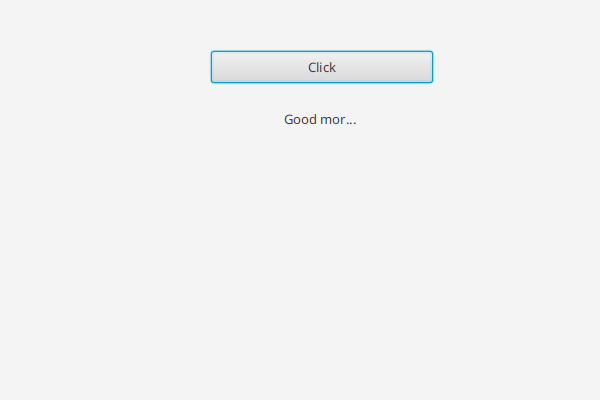
Repository: JavaJin96/kr.or.ddit.Python
Program's window: java workspace_python/HELLO_FX/src/application/Main.java
These files come from the project's save history. The program's window is drawn as it stood at one moment and after the next save; the edit follows.
It runs on Java 21 on a 1366 x 768 screen with JavaFX 11; the title bar is not drawn.

Above is the program's window before, as saved 2022-02-23 06:10:00.

### workspace_python/HELLO_FX/src/application/Main.java
package application;

import javafx.application.Application;
import javafx.event.Event;
import javafx.event.EventHandler;
import javafx.fxml.FXMLLoader;
import javafx.stage.Stage;
import javafx.scene.Parent;
import javafx.scene.Scene;
import javafx.scene.control.Button;
import javafx.scene.control.Label;


public class Main extends Application {
	@Override
	public void start(Stage primaryStage) {
		try {
//			BorderPane root = new BorderPane();
//			Scene scene = new Scene(root,400,400);
//			scene.getStylesheets().add(getClass().getResource("application.css").toExternalForm());
//			primaryStage.setScene(scene);
//			primaryStage.show();

            Parent root = FXMLLoader.load(getClass().getResource("Hello.fxml"));
            Scene scene = new Scene(root,600,400);
            scene.getStylesheets().add(getClass().getResource("application.css").toExternalForm());
            primaryStage.setTitle("AppMain");
            primaryStage.setScene(scene);
            primaryStage.show();


            Label lbl = (Label) scene.lookup("#lbl");
            System.out.println(lbl.getText());
            Button btn = (Button) scene.lookup("#btn");

            btn.setOnMouseClicked(new EventHandler<Event>() {
            	@Override
				public void handle(Event event) {
					lbl.setText("good evening");
				}

			});





		} catch(Exception e) {
			e.printStackTrace();
		}
	}

	public static void main(String[] args) {
		launch(args);
	}
}

### workspace_python/HELLO_FX/src/application/Hello.fxml
<?xml version="1.0" encoding="UTF-8"?>

<?import javafx.scene.control.Button?>
<?import javafx.scene.control.ButtonBar?>
<?import javafx.scene.control.Label?>
<?import javafx.scene.layout.Pane?>

<ButtonBar maxHeight="-Infinity" maxWidth="-Infinity" minHeight="-Infinity" minWidth="-Infinity" prefHeight="400.0" prefWidth="600.0" xmlns="http://javafx.com/javafx/8.0.171" xmlns:fx="http://javafx.com/fxml/1">
  <buttons>
      <Pane prefHeight="400.0" prefWidth="556.0">
         <children>
          <Button id="btn" layoutX="167.0" layoutY="51.0" mnemonicParsing="false" prefHeight="32.0" prefWidth="222.0" text="Click" />
            <Label id="lbl" layoutX="240.0" layoutY="107.0" prefHeight="24.0" prefWidth="76.0" text="Good morning" />
         </children>
      </Pane>
  </buttons>
</ButtonBar>

### workspace_python/HELLO_FX/src/application/main2.fxml
<?xml version="1.0" encoding="UTF-8"?>

<?import javafx.scene.control.Button?>
<?import javafx.scene.control.Label?>
<?import javafx.scene.control.Menu?>
<?import javafx.scene.control.MenuBar?>
<?import javafx.scene.control.MenuItem?>
<?import javafx.scene.control.SeparatorMenuItem?>
<?import javafx.scene.control.TextField?>
<?import javafx.scene.layout.AnchorPane?>
<?import javafx.scene.layout.VBox?>
<?import javafx.scene.text.Font?>

<VBox prefHeight="400.0" prefWidth="640.0" xmlns="http://javafx.com/javafx/8.0.171" xmlns:fx="http://javafx.com/fxml/1">
  <children>
    <MenuBar VBox.vgrow="NEVER">
      <menus>
        <Menu mnemonicParsing="false" text="File">
          <items>
            <MenuItem mnemonicParsing="false" text="New" />
            <MenuItem mnemonicParsing="false" text="Open…" />
            <Menu mnemonicParsing="false" text="Open Recent" />
            <SeparatorMenuItem mnemonicParsing="false" />
            <MenuItem mnemonicParsing="false" text="Close" />
            <MenuItem mnemonicParsing="false" text="Save" />
            <MenuItem mnemonicParsing="false" text="Save As…" />
            <MenuItem mnemonicParsing="false" text="Revert" />
            <SeparatorMenuItem mnemonicParsing="false" />
            <MenuItem mnemonicParsing="false" text="Preferences…" />
            <SeparatorMenuItem mnemonicParsing="false" />
            <MenuItem mnemonicParsing="false" text="Quit" />
          </items>
        </Menu>
        <Menu mnemonicParsing="false" text="Edit">
          <items>
            <MenuItem mnemonicParsing="false" text="Undo" />
            <MenuItem mnemonicParsing="false" text="Redo" />
            <SeparatorMenuItem mnemonicParsing="false" />
            <MenuItem mnemonicParsing="false" text="Cut" />
            <MenuItem mnemonicParsing="false" text="Copy" />
            <MenuItem mnemonicParsing="false" text="Paste" />
            <MenuItem mnemonicParsing="false" text="Delete" />
            <SeparatorMenuItem mnemonicParsing="false" />
            <MenuItem mnemonicParsing="false" text="Select All" />
            <MenuItem mnemonicParsing="false" text="Unselect All" />
          </items>
        </Menu>
        <Menu mnemonicParsing="false" text="Help">
          <items>
            <MenuItem mnemonicParsing="false" text="About MyHelloApp" />
          </items>
        </Menu>
      </menus>
    </MenuBar>
    <AnchorPane maxHeight="-1.0" maxWidth="-1.0" prefHeight="-1.0" prefWidth="-1.0" VBox.vgrow="ALWAYS">
      <children>
        <Label alignment="CENTER" layoutX="155.0" layoutY="177.0" style="&#10;" text="Drag components from Library here…" textAlignment="CENTER" textFill="#9f9f9f" wrapText="false">
          <font>
            <Font size="18.0" />
          </font>
        </Label>
            <Button id="btn" layoutX="238.0" layoutY="136.0" mnemonicParsing="false" text="Button" />
            <TextField id="tf" layoutX="86.0" layoutY="136.0" />
      </children>
    </AnchorPane>
  </children>
</VBox>

Loaded but not shown: workspace_python/HELLO_FX/src/application/application.css (common file)

After the next save:
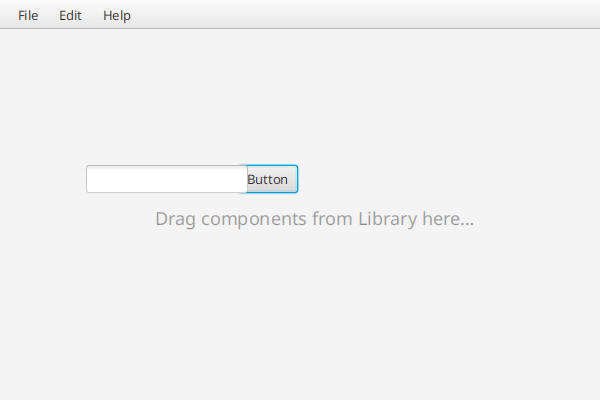
Saved 47 s later.
--- a/workspace_python/HELLO_FX/src/application/Main.java
+++ b/workspace_python/HELLO_FX/src/application/Main.java
@@ -21,7 +21,7 @@
 //			primaryStage.setScene(scene);
 //			primaryStage.show();
 
-            Parent root = FXMLLoader.load(getClass().getResource("Hello.fxml"));
+            Parent root = FXMLLoader.load(getClass().getResource("main2.fxml"));
             Scene scene = new Scene(root,600,400);
             scene.getStylesheets().add(getClass().getResource("application.css").toExternalForm());
             primaryStage.setTitle("AppMain");
